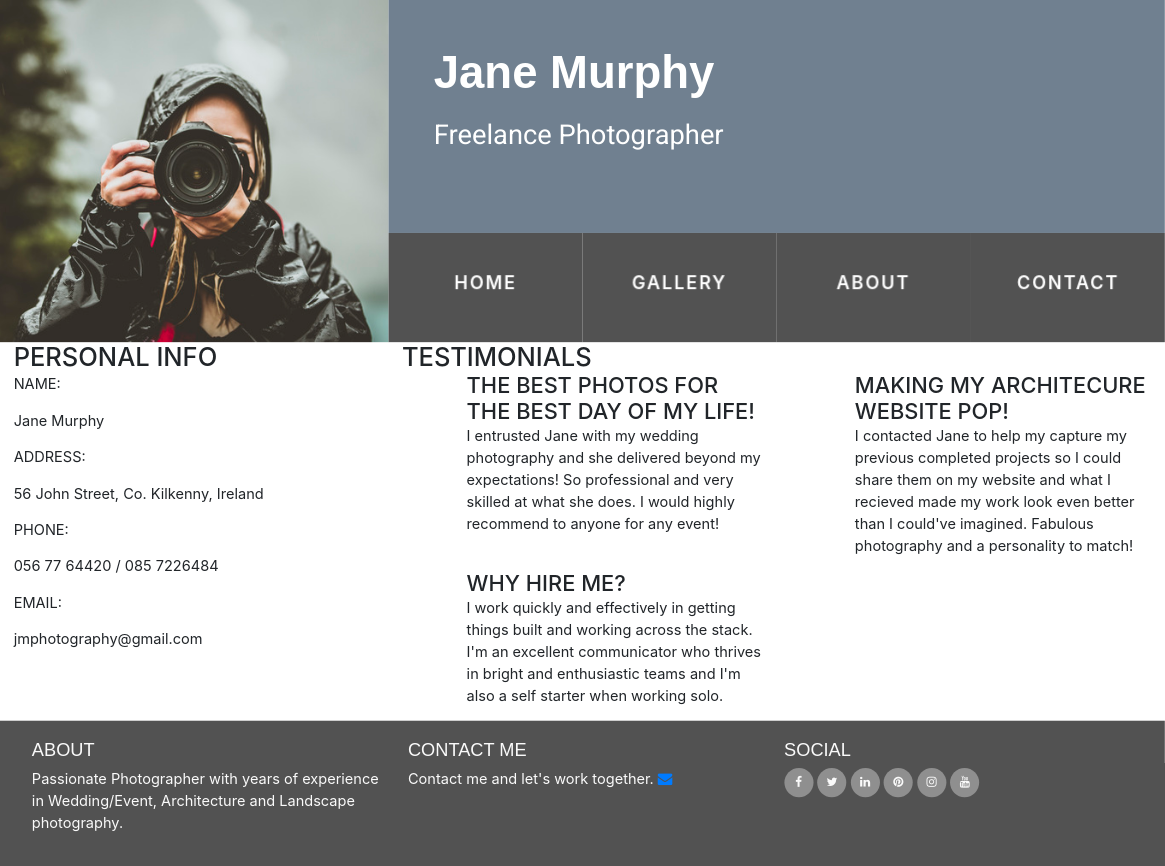
Repository: Code-Institute-Submissions/MrChrisRandall-milestone-1
Page: index.html
The author's editor kept a record of every edit. The page is drawn from the files as they stood at one moment, then again after the next edit.
The browser window is 1280 px wide. The pictures show the whole page, at 91% of full size.

Above is the page before.

After the next edit:
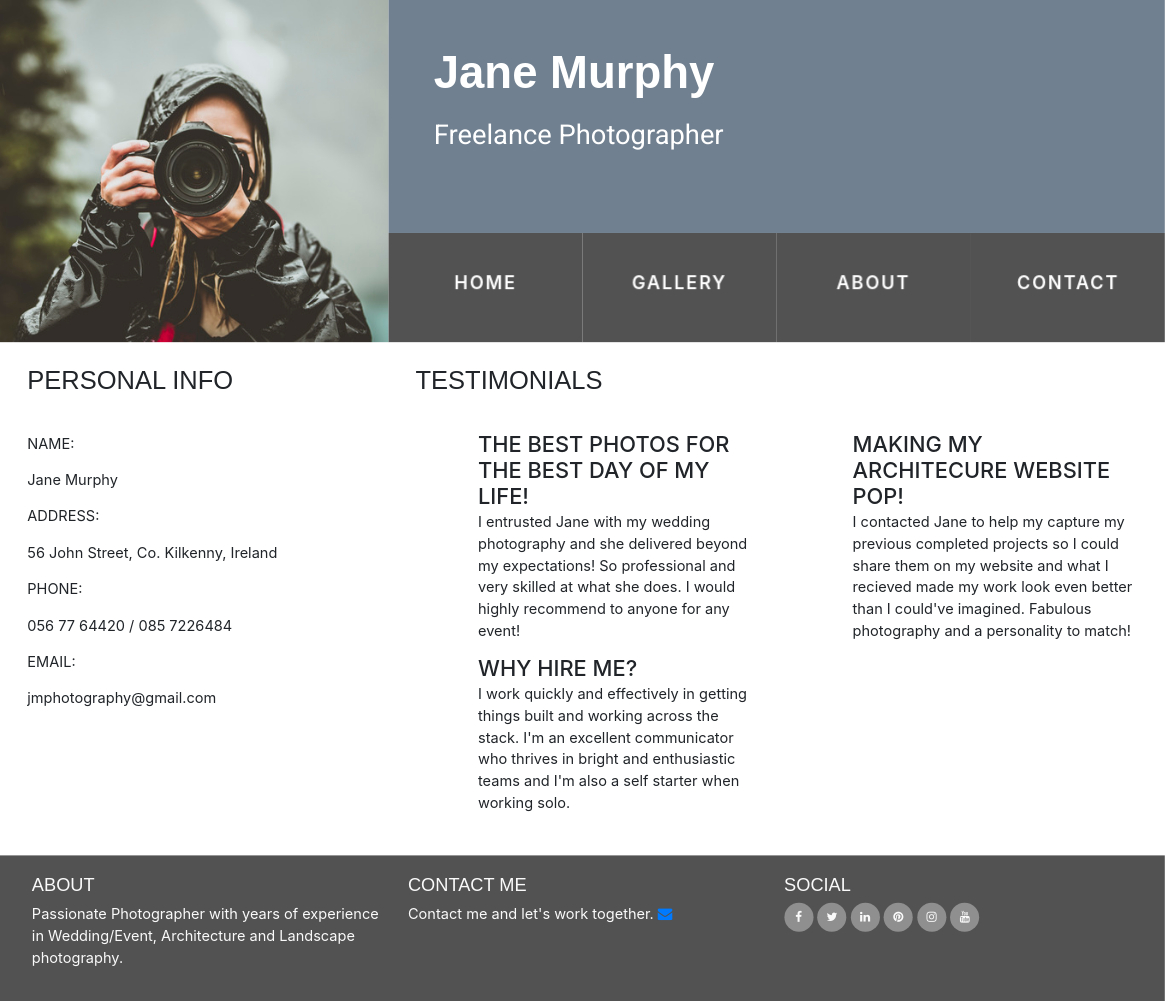
The edit:
--- a/assets/css/style.css
+++ b/assets/css/style.css
@@ -40,6 +40,28 @@
     font-family: "Exo", sans-serif;
     font-weight: 300;
     color: #fafafa
+}
+
+.inline-block {
+    display: inline-block;
+}
+
+.row-table {
+    display: table;
+}
+
+.section-column {
+    display: table-cell;
+    padding: 0 30px 30px;
+    float: none;
+}
+
+.history-heading,
+.section-heading {
+    font-family: "Exo", sans-serif;
+    font-weight: 300;
+    margin-top: 25px;
+    margin-bottom: 40px;
 }
 
 /*--------------------------------------------------Header*/
